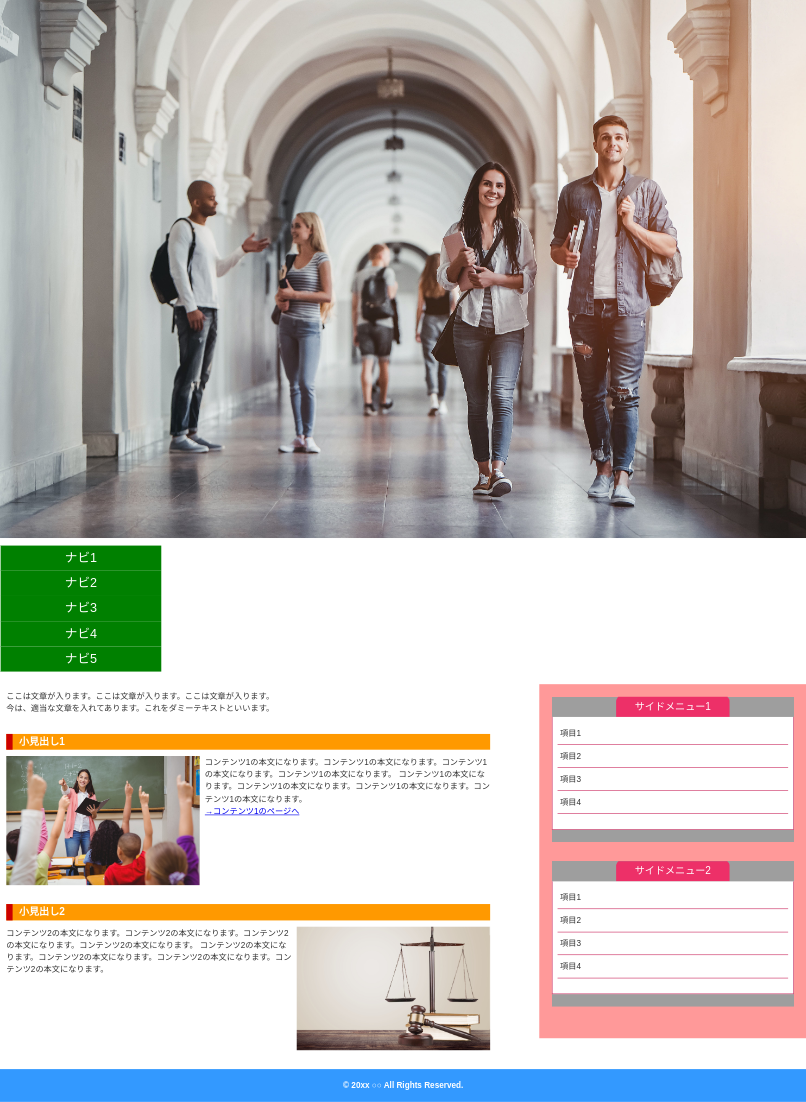
Repository: mememein/samurai_HTML-CSS
Page: index.html
The author's editor kept a record of every edit. The page is drawn from the files as they stood at one moment, then again after the next edit.
The browser window is 1280 px wide. The pictures show the whole page, at 63% of full size.
Pictures or frames that could not be fetched are drawn as grey boxes.

Above is the page before.

### index.html
<!DOCTYPE html>
<html lang="ja">
    <head>
        <meta charset="UTF-8">
        <title>HTML/CSSの学習</title>
        <link rel="stylesheet" href="stylesheet.css">
    </head>
    <body>
        <div id="header">
            <h1><a href="index.html"><img id="corridor" src="images/corridor.jpg" alt="大学の廊下" /></a></h1>
        </div>
        <div id="wrapper">
            <div id="nav">
                <ul>
                    <li><a href="home.html">ナビ1</a></li>
                    <li><a href="#">ナビ2</a></li>
                    <li><a href="#">ナビ3</a></li>
                    <li><a href="#">ナビ4</a></li>
                    <li><a href="#">ナビ5</a></li>
                </ul>
            </div>
            <div id="container">
                <div id="main">
                    <div class="post">
                        <p>ここは文章が入ります。ここは文章が入ります。ここは文章が入ります。<br />今は、適当な文章を入れてあります。これをダミーテキストといいます。</p>
                    </div>
                    <div class="post clearfix">
                        <h2>小見出し1</h2>
                        <img class="left" src="images/classroom.jpg" alt="授業風景" />
                        <p>
                            コンテンツ1の本文になります。コンテンツ1の本文になります。コンテンツ1の本文になります。コンテンツ1の本文になります。
                            コンテンツ1の本文になります。コンテンツ1の本文になります。コンテンツ1の本文になります。コンテンツ1の本文になります。
                        </p>
                        <p><a href="#">→コンテンツ1のページへ</a></p>
                    </div>
                    <div class="post clearfix">
                        <h2>小見出し2</h2>
                        <img class="right" src="images/scale.jpg" alt="天秤" />
                        <p>
                            コンテンツ2の本文になります。コンテンツ2の本文になります。コンテンツ2の本文になります。コンテンツ2の本文になります。
                            コンテンツ2の本文になります。コンテンツ2の本文になります。コンテンツ2の本文になります。コンテンツ2の本文になります。
                        </p>
                    </div>
                </div>
                <div id="side">
                    <div class="box">
                        <h2>サイドメニュー1</h2>
                        <div class="boxBody">
                            <ul>
                                <li>項目1</li>
                                <li>項目2</li>
                                <li>項目3</li>
                                <li>項目4</li>
                            </ul>
                        </div>
                    </div>
                    <div class="box">
                        <h2>サイドメニュー2</h2>
                        <div class="boxBody">
                            <ul>
                                <li>項目1</li>
                                <li>項目2</li>
                                <li>項目3</li>
                                <li>項目4</li>
                            </ul>
                        </div>
                    </div>
                </div>
            </div>
        </div>
        <div id="footer">
            <p>&copy; 20xx ○○ All Rights Reserved.</p>
        </div>
    </body>
</html>

### stylesheet.css
@charset "utf-8";

body {
	margin: 0;
	padding: 0;
	font-family: "ヒラギノ角ゴ Pro W3", "Hiragino Kaku Gothic Pro", "メイリオ", Meiryo, Osaka, "ＭＳ Ｐゴシック", "MS PGothic", sans-serif;
	color: #333;
	font-size: 13px;
	line-height: 150%;
}

/* -------------------- wrapper -------------------- */
#wrapper {
	width: 100%;
	margin: auto;
	padding: 0px;
	border: 0px;
	background-color: #FFF;
	top: 10px;
	position: relative;
}

/* -------------------- header -------------------- */
#header {
	width: 100%;
}
#header h1 {
	margin: 0;
	padding: 0;
}

#corridor {
	width: 100%;
	height: auto;
}

/* -------------------- footer -------------------- */
#footer {
	clear: both;
	width: 100%;
	padding: 3px 0 3px 0;
	background: #39F;
	color: #FFF;
	font-weight: bold;
	text-align: center;
}

/* -------------------- nav -------------------- */
#nav {
	width: 100%;
}
#nav ul {
	margin: 0;
	padding: 0;
	list-style-type: none;
}
#nav ul li {
	width: 20%;
	text-align: center;
}
#nav ul li a {
	display: block;
	height: 20px;
	margin: 0;
	padding: 10px;
	color: #FFF;
	font-size: 20px;
	text-decoration: none;
	background-color: green;
    border-left: 1px solid white;
}

  #nav ul li a:hover {
 	 filter: drop-shadow(10px 10px 10px black);
  }

/* -------------------- container -------------------- */
#container {
	width: 100%;
	margin: auto ;
	padding-top: 20px;
	clear: both;
}
/* -------------------- main -------------------- */
#main {
	float: left;
	width: 60%;
	padding: 10px 30px 10px 10px;
}
#main h2 {
	margin: 0 0 10px 0;
	padding: 3px 10px 3px 10px;
	color: #FFF;
	font-size: 16px;
	border-left: solid 10px #C00;
	background-color: #F90;
}
#main p {
	margin: 0;
	padding: 0;
}
#main .post {
	margin: 0 0 30px 0;
}

#main .post img.right {
	margin: 0 0 0 8px;
}
#main .post img.left {
	margin: 0 8px 0 0;
}

.right {
	float: right;
	width: 40%;
	height: auto;
}
.left {
	float: left;
	width: 40%;
	height: auto;
}

/* -------------------- clearfix -------------------- */
.clearfix {
	zoom: 1;
}
.clearfix:after{
	content: "";
	display: block;
	clear: both;
}

/* -------------------- side -------------------- */
#side {
	float: right;
	width: 30%;
	padding: 20px;
	background-color: #F99;
}
#side .box {
	margin: 0 auto 30px auto;
	padding: 0 0 20px 0;
	background: url(images/side_box.png) bottom no-repeat;
}
#side .box h2 {
	margin: 0;
	padding: 8px;
	text-align: center;
	color: #fff;
	font-size: 16px;
	line-height: 16px;
	font-weight: normal;
	background: url(images/side_box_h2.png) center no-repeat;
}
#side .box .boxBody {
	padding: 8px;
	border-right: solid 1px #C36;
	border-bottom: solid 1px #C36;
	border-left: solid 1px #C36;
	background: #fff;
}
#side .box .boxBody ul {
	margin: 0 0 16px 0;
	padding: 0;
}
#side .box .boxBody ul li {
	padding: 8px 0 8px 4px;
	list-style: none;
	border-bottom: solid 1px #C36;
}
  #side .box .boxBody ul li:hover {
 	 padding: 8px 0 8px 4px;
 	 list-style: none;
 	 border-bottom: solid 1px #C36;
 	 box-shadow: 0px 4px 4px rgba(0, 0, 0, 0.3);
  }

After the next edit:
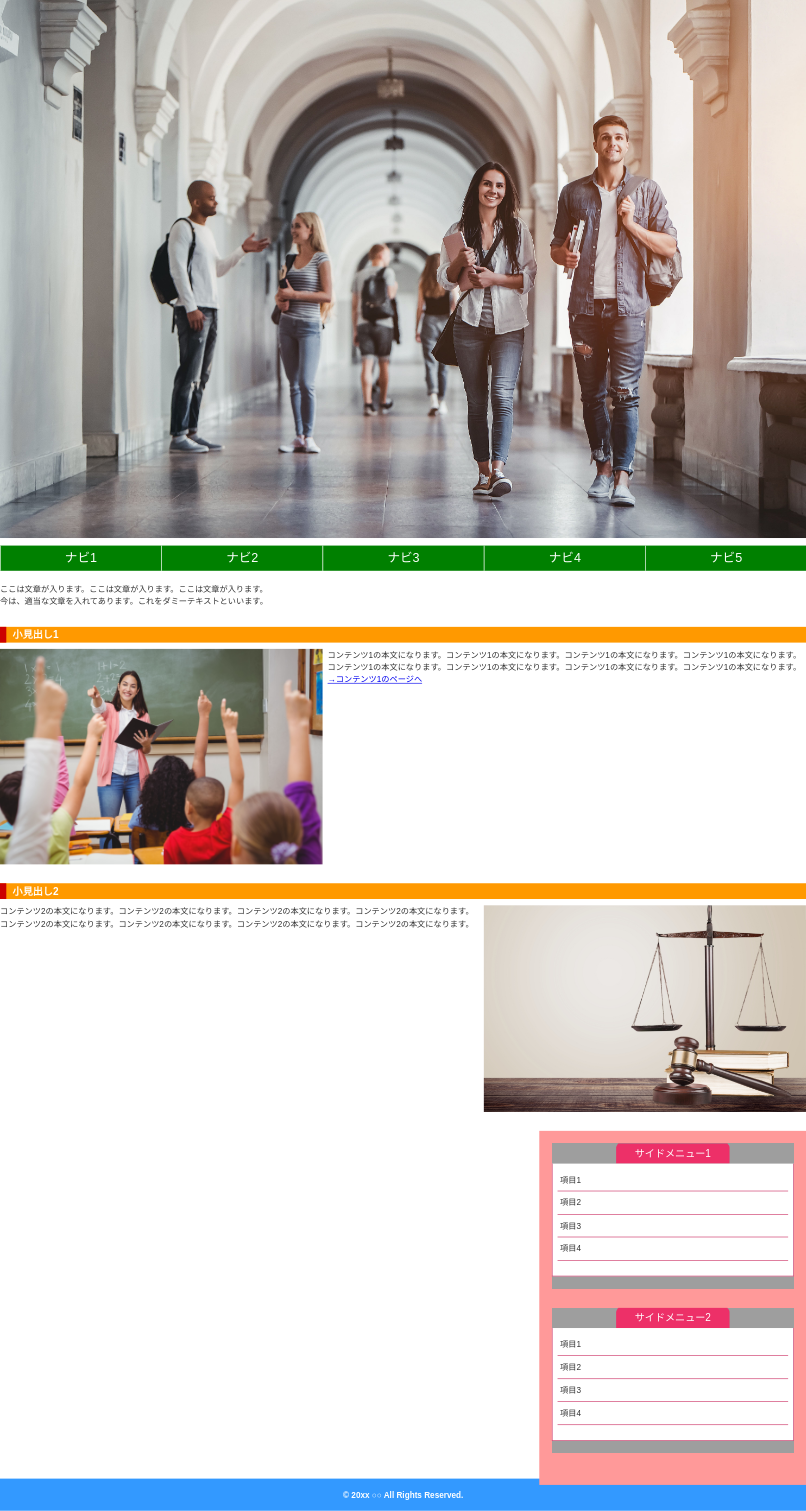
The edit:
--- a/stylesheet.css
+++ b/stylesheet.css
@@ -11,13 +11,13 @@
 
 /* -------------------- wrapper -------------------- */
 #wrapper {
-	width: 100%;
-	margin: auto;
-	padding: 0px;
-	border: 0px;
-	background-color: #FFF;
-	top: 10px;
-	position: relative;
+    width: 100%;
+    margin: auto;
+    padding: 0px;
+    border: 0px;
+    background-color: #FFF;
+    top: 10px;
+    position: relative;
 }
 
 /* -------------------- header -------------------- */
@@ -50,6 +50,7 @@
 	width: 100%;
 }
 #nav ul {
+	display: flex;
 	margin: 0;
 	padding: 0;
 	list-style-type: none;
@@ -70,9 +71,9 @@
     border-left: 1px solid white;
 }
 
-  #nav ul li a:hover {
- 	 filter: drop-shadow(10px 10px 10px black);
-  }
+#nav ul li a:hover {
+	filter: drop-shadow(10px 10px 10px black);
+}
 
 /* -------------------- container -------------------- */
 #container {
@@ -81,6 +82,9 @@
 	padding-top: 20px;
 	clear: both;
 }
+     display: grid;
+     grid-template-columns: 70vw 30vw;
+
 /* -------------------- main -------------------- */
 #main {
 	float: left;
@@ -123,7 +127,7 @@
 
 /* -------------------- clearfix -------------------- */
 .clearfix {
-	zoom: 1;
+    zoom: 1;
 }
 .clearfix:after{
 	content: "";
@@ -169,9 +173,10 @@
 	list-style: none;
 	border-bottom: solid 1px #C36;
 }
-  #side .box .boxBody ul li:hover {
- 	 padding: 8px 0 8px 4px;
- 	 list-style: none;
- 	 border-bottom: solid 1px #C36;
- 	 box-shadow: 0px 4px 4px rgba(0, 0, 0, 0.3);
-  }
+
+#side .box .boxBody ul li:hover {
+	padding: 8px 0 8px 4px;
+	list-style: none;
+	border-bottom: solid 1px #C36;
+	box-shadow: 0px 4px 4px rgba(0, 0, 0, 0.3);
+}
